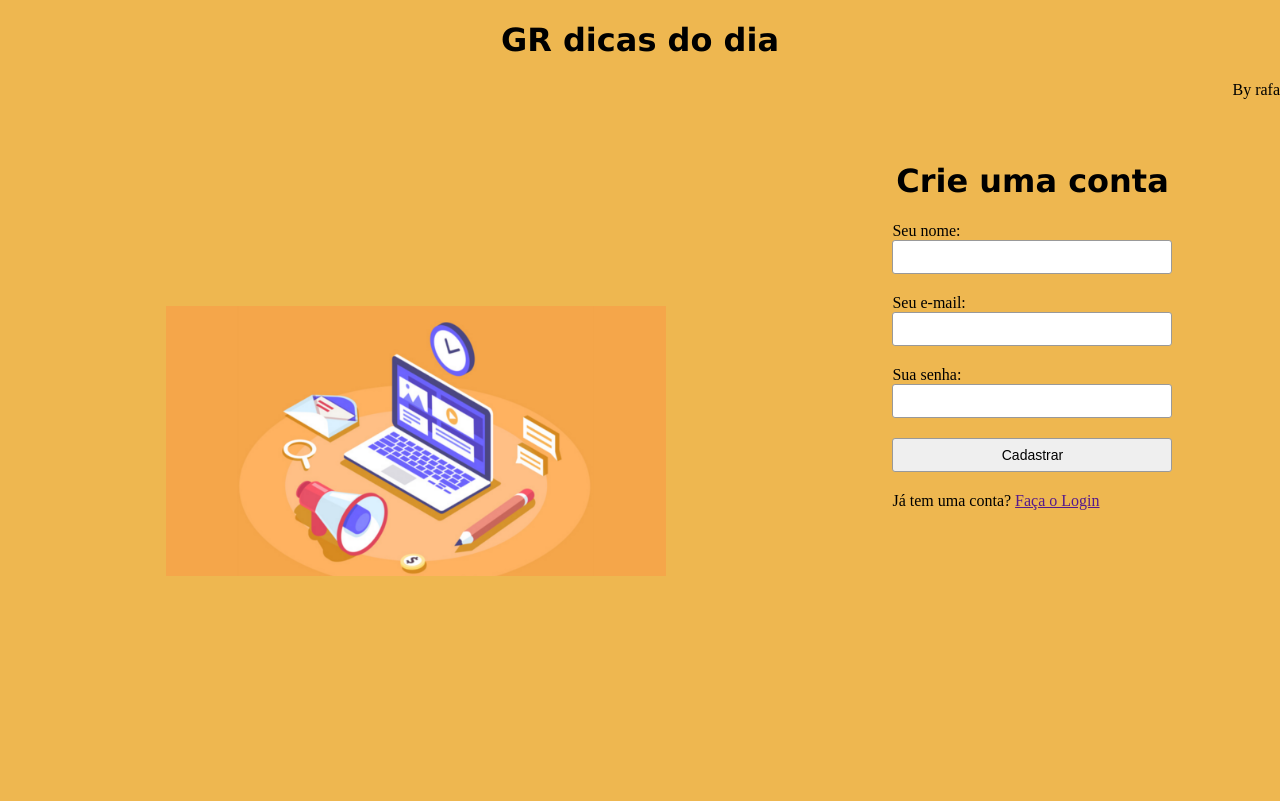
Repository: rafavirginio/tela-de-login
Page: index.html
These files come from the project's save history. The page is drawn as it stood at one moment and after the next save; the edit follows.
The browser window is 1280 px wide. The pictures show the whole page.

Above is the page before, as saved 2020-09-17 15:22:00.

### index.html
<!DOCTYPE html>
<html lang="en">

<head>
    <meta charset="UTF-8">
    <meta name="viewport" content="width=device-width, initial-scale=1.0">
    <title> Validador de Formulário </title>
    <link rel="stylesheet" href="style.css" />
    <h1>GR dicas do dia</h1>

</head>

<body>


    <div class="screen">
        <div class="leftside">
            <img src="imgGR.png" alt ""/>

        </div>
        <div class="rightside">
            <h1>Crie uma conta</h1>

            <form method="POST" action="cadastro.php" class="grValidator">


                <label>
                Seu nome: <br/>
                <input type="text" name="name" data-rules="required|min=2" />
            </label>
                <label>
                Seu e-mail: <br/>
                <input type="text" name="email" data-rules="required|email" />
            </label>
                <label>
                Sua senha: <br/>
                <input type="password" name="password"data-rules="required|min=4" />
                </label>
                <label>
                <input type="submit" value="Cadastrar" />
                </label>
            </form>
            <div>
                Já tem uma conta? <a href=""> Faça o Login</a>
            </div>
        </div>
        <span>By rafa</span>

        <script src="script.js"></script>
</body>

</html>

### style.css
* {
    box-sizing: border-box;
}

h1 {
    font-family: 'Lucida Sans', 'Lucida Sans Regular', 'Lucida Grande', 'Lucida Sans Unicode', Geneva, Verdana, sans-serif;
    display: flex;
    justify-content: center;
}

body {
    background-color: rgb(238, 183, 80);
    margin: 0;
}

.screen {
    display: flex;
    height: 100vh;
    flex-wrap: wrap;
}

.leftside {
    flex: 1;
    display: flex;
    justify-content: center;
    align-items: center;
}

.leftside img {
    max-width: 500px;
    height: auto;
}

.rightside {
    width: 400px;
    background-color: rgb(238, 183, 80);
    padding: 60px;
}

.rightside span {
    font-size: 13px;
    justify-content: right, end;
}

.rightside label {
    display: block;
    margin-bottom: 20px;
}

.rightside input {
    width: 100%;
    border: 1px solid #999;
    border-radius: 3px;
    padding: 8px;
    font-size: 14px;
    outline: 0;
}

.error {
    font-size: 11px;
    background-color: orangered;
    color: #FFF;
    padding: 4px;
    border-radius: 5px;
}

### script.js
let grValidator = {
    handleSubmit: (event) => {
        event.preventDefault();
        let send = true;

        let inputs = form.querySelectorAll('input');

        grValidator.clearErrors();

        for (let i = 0; i < inputs.length; i++) {
            let input = inputs[i];
            let check = grValidator.checkInput(input);
            if (check !== true) {
                send = false;
                grValidator.showError(input, check);
            }
        }

        if (send) {
            form.submit();
        }
    },
    checkInput: (input) => {
        let rules = input.getAttribute('data-rules');

        if (rules !== null) {
            rules = rules.split('|');
            for (let k in rules) {
                let rDetails = rules[k].split('=');
                switch (rDetails[0]) {
                    case 'required':
                        if (input.value == '') {
                            return 'Este campo é obrigatório.';
                        }
                        break;
                    case 'min':
                        if (input.value.length < rDetails[1]) {
                            return 'Campo deve conter pelo menos ' + rDetails[1] + ' caracteres';
                        }
                        break;
                    case 'email':
                        if (input.value != '') {
                            //validação email
                            let regex = /^(([^<>()\[\]\\.,;:\s@"]+(\.[^<>()\[\]\\.,;:\s@"]+)*)|(".+"))@((\[[0-9]{1,3}\.[0-9]{1,3}\.[0-9]{1,3}\.[0-9]{1,3}])|(([a-zA-Z\-0-9]+\.)+[a-zA-Z]{2,}))$/;
                            if (!regex.test(input.value.toLowerCase())) {
                                return 'E-mail digitado não é válido!';
                            }

                        }
                        break;
                }
            }
        }

        return true;
    },

    showError: (input, error) => {
        input.style.borderColor = '#FF0000';

        let errorElement = document.createElement('div');
        errorElement.classList.add('error');
        errorElement.innerHTML = error;

        input.parentElement.insertBefore(errorElement, input.ElementSibling)
    },
    clearErrors: () => {
        let inputs = form.querySelectorAll('input');
        for (let i = 0; i < inputs.length; i++) {
            inputs[i].style = '';
        }
        let errorElements = document.querySelectorAll('.error');
        for (let i = 0; i < errorElements.length; i++) {
            errorElements[i].remove();

        }
    }
};
let form = document.querySelector('.grValidator');
form.addEventListener('submit', grValidator.handleSubmit);

After the next save:
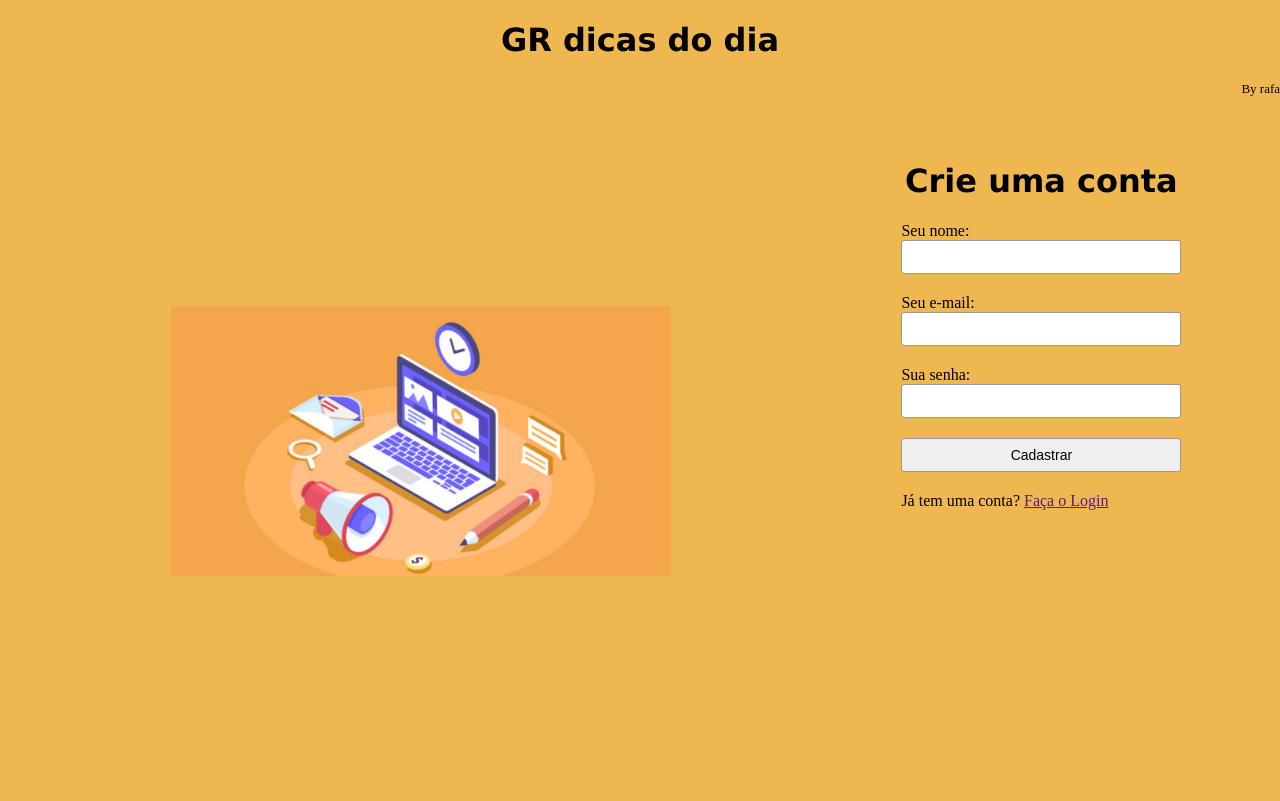
Saved 16 s later.
--- a/style.css
+++ b/style.css
@@ -37,7 +37,7 @@ body {
     padding: 60px;
 }
 
-.rightside span {
+span {
     font-size: 13px;
     justify-content: right, end;
 }
